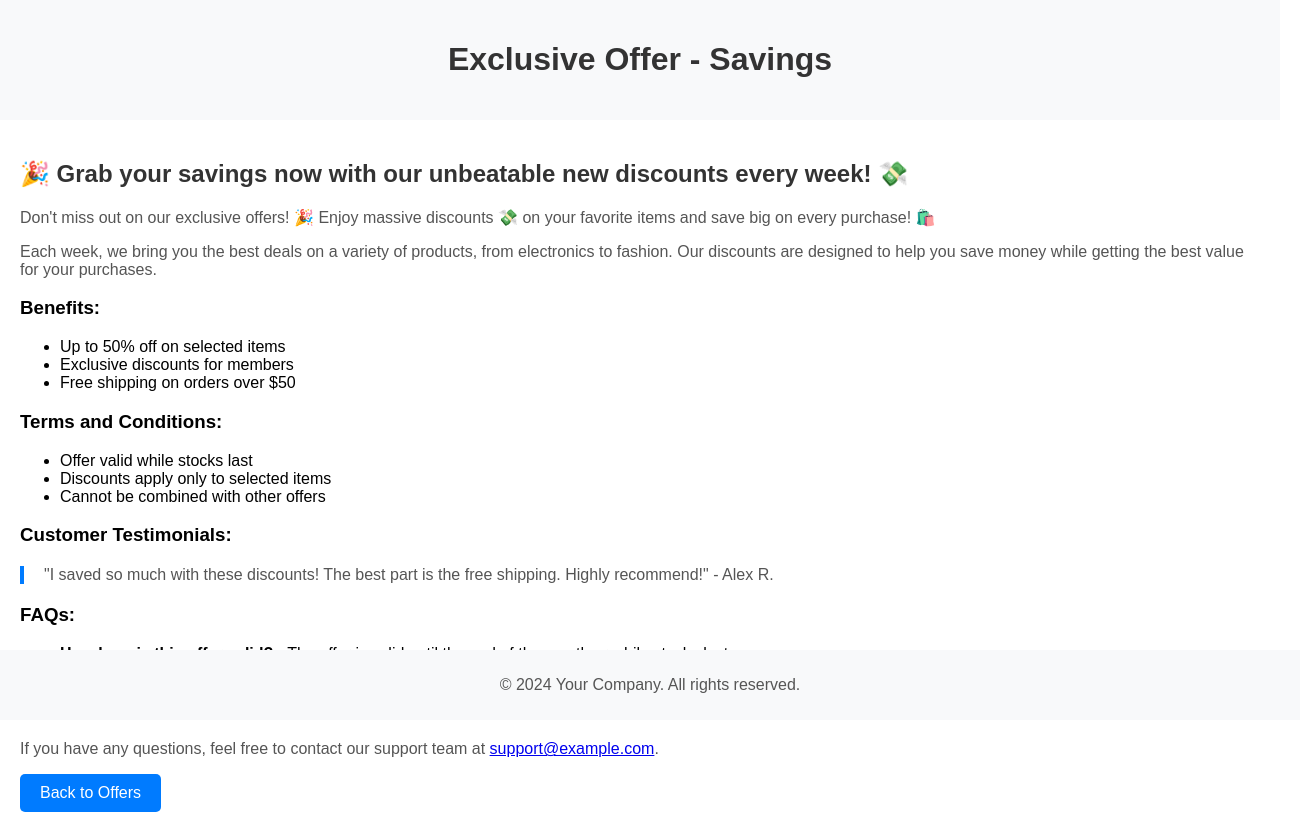
Repository: ayushkumar1991/Foodie_Web_App
Page: Html-files/offers1.html
An editor plug-in stored every save of this project. The page is shown before and after the next save, followed by the edit.
The browser window is 1280 px wide. The page is 1300 px wide, so the pictures cover 1300 px, including what lies to the right of the window. The pictures show the whole page.

Above is the page before, as saved 2024-07-27 21:49:04.

### Html-files/offers1.html
<!DOCTYPE html>
<html lang="en">

<head>
    <meta charset="UTF-8">
    <meta name="viewport" content="width=device-width, initial-scale=1.0">
    <title>Offer Details - Savings</title>
    <style>
        body {
            font-family: Arial, sans-serif;
            margin: 0;
            padding: 0;
        }

        header {
            background-color: #f8f9fa;
            padding: 20px;
            text-align: center;
        }

        .container {
            padding: 20px;
        }

        h1,
        h2 {
            color: #333;
        }

        p {
            color: #555;
        }

        .main-btn {
            display: inline-block;
            padding: 10px 20px;
            background-color: #007bff;
            color: white;
            text-decoration: none;
            border-radius: 5px;
            transition: background-color 0.3s, transform 0.3s;
        }

        .main-btn:hover {
            background-color: #0056b3;
            transform: scale(1.05);
        }

        blockquote {
            border-left: 4px solid #007bff;
            padding-left: 20px;
            margin: 20px 0;
            color: #666;
        }

        footer {
            background-color: #f8f9fa;
            padding: 10px;
            text-align: center;
            position: absolute;
            width: 100%;
            bottom: 0;
        }

        @media (max-width: 768px) {
            .container {
                padding: 10px;
            }
            h2,
            p,
            ul {
                font-size: 16px;
            }
        }
    </style>
</head>

<body>
    <header>
        <h1>Exclusive Offer - Savings</h1>
    </header>
    <section>
        <div class="container">
            <h2>🎉 Grab your savings now with our unbeatable new discounts every week! 💸</h2>
            <p>Don't miss out on our exclusive offers! 🎉 Enjoy massive discounts 💸 on your favorite items and save big on every purchase! 🛍️</p>
            <p>Each week, we bring you the best deals on a variety of products, from electronics to fashion. Our discounts are designed to help you save money while getting the best value for your purchases.</p>
            <h3>Benefits:</h3>
            <ul>
                <li>Up to 50% off on selected items</li>
                <li>Exclusive discounts for members</li>
                <li>Free shipping on orders over $50</li>
            </ul>
            <h3>Terms and Conditions:</h3>
            <ul>
                <li>Offer valid while stocks last</li>
                <li>Discounts apply only to selected items</li>
                <li>Cannot be combined with other offers</li>
            </ul>
            <h3>Customer Testimonials:</h3>
            <blockquote>
                <p>"I saved so much with these discounts! The best part is the free shipping. Highly recommend!" - Alex R.</p>
            </blockquote>
            <h3>FAQs:</h3>
            <ul>
                <li><strong>How long is this offer valid?</strong> - The offer is valid until the end of the month or while stocks last.</li>
                <li><strong>Can I use the discount on sale items?</strong> - The discount applies to selected items, including sale items.</li>
            </ul>
            <h3>Contact Us:</h3>
            <p>If you have any questions, feel free to contact our support team at <a href="mailto:support@example.com">support@example.com</a>.</p>
            <a href="index.html" class="main-btn">Back to Offers</a>
        </div>
    </section>
    <footer>
        <p>&copy; 2024 Your Company. All rights reserved.</p>
    </footer>
</body>

</html>

After the next save:
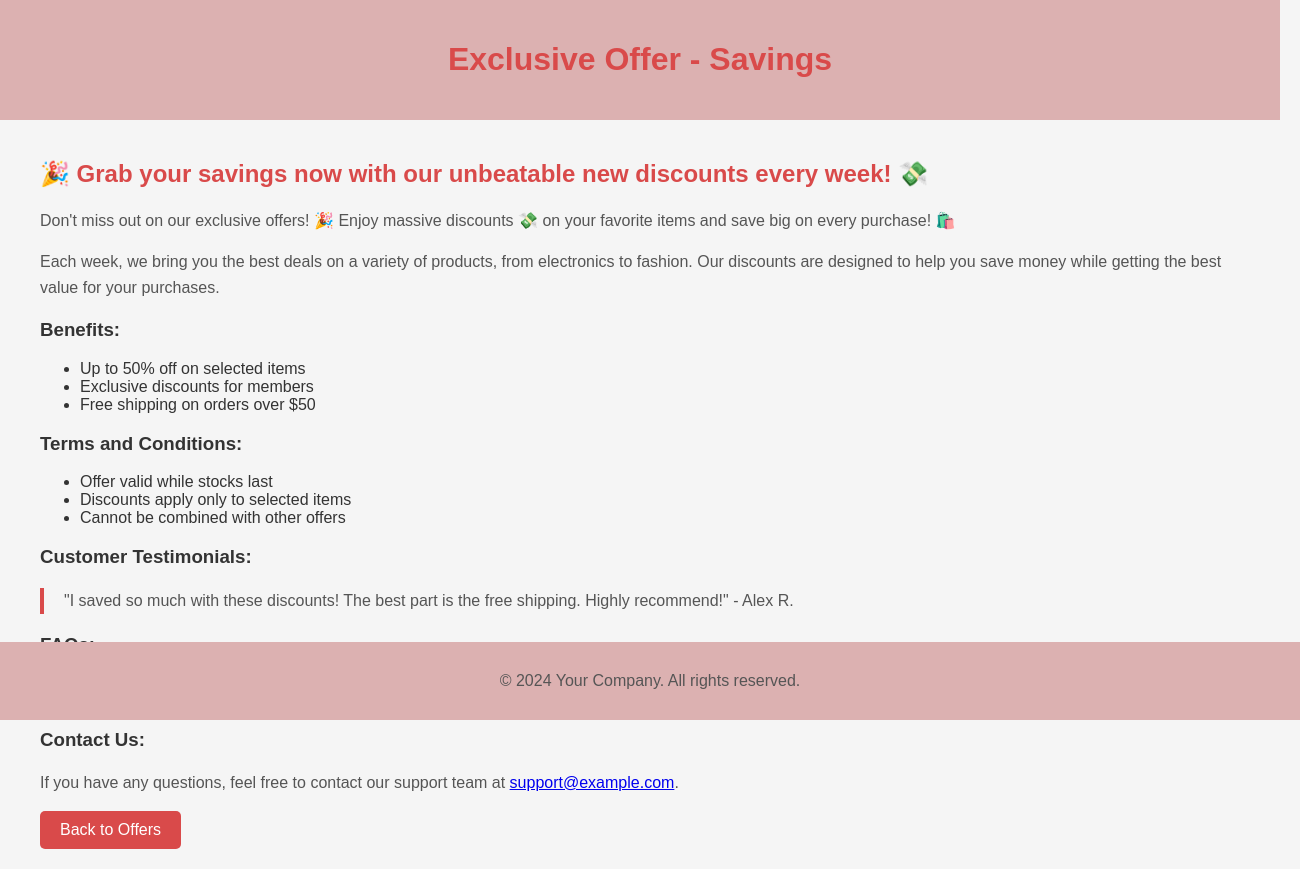
Saved 2 min 15 s later.
--- a/Html-files/offers1.html
+++ b/Html-files/offers1.html
@@ -10,31 +10,42 @@
             font-family: Arial, sans-serif;
             margin: 0;
             padding: 0;
+            background-color: #f5f5f5;
+            /* Light background color */
+            color: #333;
+            /* Default text color */
         }
 
         header {
-            background-color: #f8f9fa;
+            background-color: #dcb1b1;
+            /* Dark pastel red */
             padding: 20px;
             text-align: center;
+            color: white;
         }
 
         .container {
             padding: 20px;
+            max-width: 1200px;
+            margin: auto;
         }
 
         h1,
         h2 {
-            color: #333;
+            color: #d94a4a;
+            /* Darker shade of pastel red */
         }
 
         p {
             color: #555;
+            line-height: 1.6;
         }
 
         .main-btn {
             display: inline-block;
             padding: 10px 20px;
-            background-color: #007bff;
+            background-color: #d94a4a;
+            /* Darker pastel red */
             color: white;
             text-decoration: none;
             border-radius: 5px;
@@ -42,21 +53,25 @@
         }
 
         .main-btn:hover {
-            background-color: #0056b3;
+            background-color: #a73c3c;
+            /* Even darker shade of pastel red */
             transform: scale(1.05);
         }
 
         blockquote {
-            border-left: 4px solid #007bff;
+            border-left: 4px solid #d94a4a;
+            /* Darker pastel red */
             padding-left: 20px;
             margin: 20px 0;
             color: #666;
         }
 
         footer {
-            background-color: #f8f9fa;
+            background-color: #dcb1b1;
+            /* Dark pastel red */
             padding: 10px;
             text-align: center;
+            color: white;
             position: absolute;
             width: 100%;
             bottom: 0;
